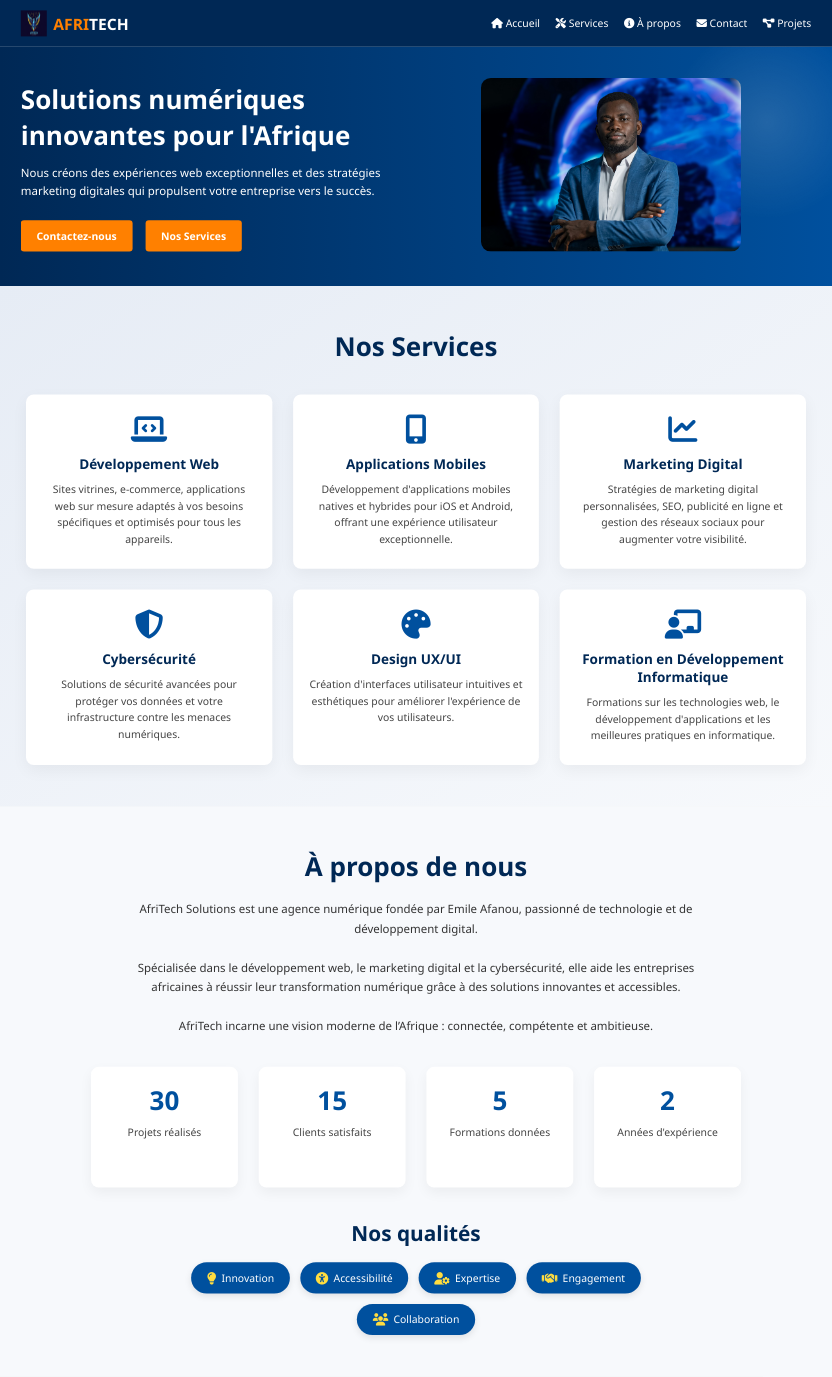
Repository: prestige225/AFRITECH
Page: index.html
These files come from the project's save history. The page is drawn as it stood at one moment and after the next save; the edit follows.
The browser window is 1280 px wide. The pictures show the whole page, at 65% of full size.

Above is the page before, as saved 2025-07-16 03:26:38.

### index.html

<!DOCTYPE html>
<html lang="en">
<head>
    <meta charset="UTF-8">
    <meta name="viewport" content="width=device-width, initial-scale=1.0">
    <!-- Font Awesome CDN -->
<link rel="stylesheet" href="https://cdnjs.cloudflare.com/ajax/libs/font-awesome/6.4.0/css/all.min.css">
    <link rel="stylesheet" href="style.css">

    <title>AFRITECH</title>
</head>
<body>
    <header>
        <div class="logo">
            <img src="image/logo.jpg" alt="AfanouTech Logo">
            <h1><span>AFRI</span>TECH</h1>
        </div>

         <!-- Bouton hamburger visible sur mobile -->
  <div class="menu-toggle" id="menu-toggle">
    <i class="fas fa-bars"></i>
  </div>


       <nav>
  <ul>
    <li><a href="index.html"><i class="fas fa-home"></i> Accueil</a></li>
    <li><a href="service.html"><i class="fas fa-tools"></i> Services</a></li>
    <li><a href="about.html"><i class="fas fa-info-circle"></i> À propos</a></li>
    <li><a href="contact.html"><i class="fas fa-envelope"></i> Contact</a></li>
    <li><a href="projet.html"><i class="fas fa-project-diagram"></i> Projets</a></li>
  </ul>
</nav>

    </header>

<!-- hero -->
 <section class="hero">
    <div class="hero-content">
        <h1>Solutions numériques innovantes pour l'Afrique</h1>

        <p>Nous créons des expériences web exceptionnelles et des stratégies marketing digitales qui propulsent votre entreprise vers le succès.</p>
        <a href="contact.html" class="btn">Contactez-nous</a>
        <a href="#" class="btn">Nos Services</a>

    </div>
    <div class="hero-image">
        <img src="image/micheal-ogungbe-jgN7b1aIuOI-unsplash.jpg" alt="Image d'accueil">
    </div>

    <div class="couleurpassante en design">

    </div>

 </section>


 <!-- SECTION SERVICES -->
  <section id="services" class="services-section">
            <h2>Nos Services</h2>
    <div class="services">

        <div class="service-item">
            <i class="fas fa-laptop-code"></i>
            <h3>Développement Web</h3>
            <p>Sites vitrines, e-commerce, applications web sur mesure adaptés à vos besoins spécifiques et optimisés pour tous les appareils.</p>
        </div>
        <div class="service-item">
            <i class="fas fa-mobile-alt"></i>
            <h3>Applications Mobiles</h3>
            <p>Développement d'applications mobiles natives et hybrides pour iOS et Android, offrant une expérience utilisateur exceptionnelle.</p>
        </div>
        <div class="service-item">
            <i class="fas fa-chart-line"></i>
            <h3>Marketing Digital</h3>
            <p>Stratégies de marketing digital personnalisées, SEO, publicité en ligne et gestion des réseaux sociaux pour augmenter votre visibilité.</p>
        </div>
        <div class="service-item">
            <i class="fas fa-shield-alt"></i>
            <h3>Cybersécurité</h3>
            <p>Solutions de sécurité avancées pour protéger vos données et votre infrastructure contre les menaces numériques.</p>
        </div>
        <div class="service-item">
            <i class="fas fa-palette"></i>
            <h3>Design UX/UI</h3>
            <p>Création d'interfaces utilisateur intuitives et esthétiques pour améliorer l'expérience de vos utilisateurs.</p>
        </div>

        <div class="service-item">
            <i class="fas fa-chalkboard-teacher"></i>
            <h3>Formation en Développement Informatique</h3>
            <p>Formations sur les technologies web, le développement d'applications et les meilleures pratiques en informatique.</p>
            </div>
    </div>
  </section>
<!-- SECTION apropos -->
<section id="about" class="about-section">
  <h2>À propos de nous</h2>
  <p>
    AfriTech Solutions est une agence numérique fondée par Emile Afanou, passionné de technologie et de développement digital.<br><br>
    Spécialisée dans le développement web, le marketing digital et la cybersécurité, elle aide les entreprises africaines à réussir leur transformation numérique grâce à des solutions innovantes et accessibles.<br><br>
    AfriTech incarne une vision moderne de l’Afrique : connectée, compétente et ambitieuse.
  </p>

  <!-- COMPTEURS -->
  <div class="counters">
    <div class="counter-box">
      <span class="counter" data-target="30">0</span>
      <p>Projets réalisés</p>
    </div>
    <div class="counter-box">
      <span class="counter" data-target="15">0</span>
      <p>Clients satisfaits</p>
    </div>
    <div class="counter-box">
      <span class="counter" data-target="5">0</span>
      <p>Formations données</p>
    </div>
    <div class="counter-box">
      <span class="counter" data-target="2">0</span>
      <p>Années d'expérience</p>
    </div>
  </div>

  <!-- NOS QUALITÉS -->
  <div class="nos-qualites">
    <h3>Nos qualités</h3>
    <ul>
      <li><i class="fas fa-lightbulb"></i> Innovation</li>
      <li><i class="fas fa-universal-access"></i> Accessibilité</li>
      <li><i class="fas fa-user-cog"></i> Expertise</li>
      <li><i class="fas fa-handshake"></i> Engagement</li>
      <li><i class="fas fa-users"></i> Collaboration</li>
    </ul>
  </div>
</section>





    <script src="index.js"></script>

    <!--  -->
</body>
</html>

### style.css

/* ========== RESET ========== */
* {
  margin: 0;
  padding: 0;
  box-sizing: border-box;
}

/* ========== GLOBAL ========== */
body {
  font-family: 'Segoe UI', sans-serif;
  background-color: #f4f4f4;
  color: #333;
}

/* ========== HEADER ========== */
header {
  background-color: #002855;
  color: white;
  padding: 1rem 2rem;
  display: flex;
  justify-content: space-between;
  align-items: center;
  flex-wrap: wrap;
  position: relative;
}

/* Logo */
.logo {
  display: flex;
  align-items: center;
  gap: 10px;
}

.logo img {
  width: 40px;
  height: 40px;
}

.logo h1 {
  font-size: 1.5rem;
  font-weight: bold;
}

.logo span {
  color: #ff8000;
}

/* Navigation */
nav ul {
  list-style: none;
  display: flex;
  gap: 1.5rem;
}

nav a {
  color: white;
  text-decoration: none;
  font-weight: 500;
  transition: 0.3s;
}

nav a:hover {
  color: #ff8000;
}

/* Hamburger button */
.menu-toggle {
  display: none;
  font-size: 1.8rem;
  color: white;
  cursor: pointer;
}

/* ========== RESPONSIVE ========== */
@media (max-width: 768px) {
  nav {
    width: 100%;
  }

  nav ul {
    flex-direction: column;
    background-color: #002855;
    position: absolute;
    top: 100%;
    left: 0;
    right: 0;
    display: none;
    padding: 1rem;
    z-index: 10;
  }

  nav ul.active {
    display: flex;
  }

  .menu-toggle {
    display: block;
  }
}
/* 🎯 SECTION HERO MODERNE */
.hero {
  display: flex;
  flex-wrap: wrap;
  align-items: center;
  justify-content: space-between;
  padding: 3rem 2rem;
  background: linear-gradient(to right, #002855, #00509e);
  color: white;
  position: relative;
  overflow: hidden;
}

/* Contenu texte */
.hero-content {
  flex: 1 1 50%;
  max-width: 600px;
  z-index: 1;
}

.hero-content h1 {
  font-size: 2.5rem;
  margin-bottom: 1rem;
}

.hero-content p {
  font-size: 1.1rem;
  margin-bottom: 2rem;
  line-height: 1.6;
}

/* Boutons */
.hero-content .btn {
  display: inline-block;
  background-color: #ff8000;
  color: white;
  padding: 0.8rem 1.5rem;
  margin-right: 1rem;
  border-radius: 5px;
  text-decoration: none;
  font-weight: bold;
  transition: background 0.3s ease;
}

.hero-content .btn:hover {
  background-color: #e67300;
}

/* Image d’accueil */
.hero-image {
  flex: 1 1 40%;
  text-align: center;
  z-index: 1;
}

.hero-image img {
  width: 100%;
  max-width: 400px;
  height: auto;
  border-radius: 15px;
}

/* Effet décoratif de fond (couleurpassante) */
.couleurpassante {
  position: absolute;
  top: -50px;
  right: -50px;
  width: 300px;
  height: 300px;
  background: radial-gradient(circle, #ffffff22, transparent 70%);
  border-radius: 50%;
  animation: flotter 10s infinite alternate;
  z-index: 0;
}

/* Animation douce */
@keyframes flotter {
  0% {
    transform: translateY(0) rotate(0deg);
  }
  100% {
    transform: translateY(20px) rotate(20deg);
  }
}

/* 📱 Responsive */
@media (max-width: 768px) {
  .hero {
    flex-direction: column;
    text-align: center;
  }

  .hero-content, .hero-image {
    flex: 1 1 100%;
    max-width: 100%;
  }

  .hero-content h1 {
    font-size: 2rem;
  }

  .hero-content p {
    font-size: 1rem;
  }

  .hero-content .btn {
    margin-bottom: 1rem;
  }
}


/* ========== SECTION SERVICES ========== */
.services-section {
  padding: 4rem 2rem;
  background: linear-gradient(to bottom right, #e6ecf5, #f7f9fc);
  text-align: center;
}

.services-section h2 {
  font-size: 2.5rem;
  margin-bottom: 3rem;
  color: #002855;
  font-weight: 700;
}

/* Container de toutes les cartes */
.services {
  display: grid;
  grid-template-columns: repeat(auto-fit, minmax(280px, 1fr));
  gap: 2rem;
  max-width: 1200px;
  margin: 0 auto;
}

/* Style individuel des services */
.service-item {
  background-color: #ffffff;
  border-radius: 12px;
  padding: 2rem 1.5rem;
  box-shadow: 0 8px 25px rgba(0, 0, 0, 0.05);
  transition: transform 0.3s ease, box-shadow 0.3s ease;
}

.service-item:hover {
  transform: translateY(-8px);
  box-shadow: 0 12px 30px rgba(0, 0, 0, 0.1);
}

/* Icône */
.service-item i {
  font-size: 2.8rem;
  color: #00509e;
  margin-bottom: 1rem;
}

/* Titre */
.service-item h3 {
  font-size: 1.3rem;
  margin-bottom: 0.8rem;
  color: #002855;
  font-weight: 600;
}

/* Paragraphe */
.service-item p {
  font-size: 1rem;
  line-height: 1.6;
  color: #444;
}


/* ===== SECTION À PROPOS ===== */
.about-section {
  padding: 4rem 2rem;
  text-align: center;
  background: #f7f9fc;
}

.about-section h2 {
  font-size: 2.5rem;
  color: #002855;
  margin-bottom: 1.5rem;
}

.about-section p {
  max-width: 900px;
  margin: 0 auto 3rem;
  font-size: 1.1rem;
  line-height: 1.8;
  color: #333;
}

/* ===== SECTION À PROPOS ===== */
.about-section {
  padding: 4rem 2rem;
  text-align: center;
  background: #f7f9fc;
  font-family: 'Segoe UI', Tahoma, Geneva, Verdana, sans-serif;
}

.about-section h2 {
  font-size: 2.5rem;
  color: #002855;
  margin-bottom: 1.5rem;
  font-weight: 700;
}

.about-section p {
  max-width: 900px;
  margin: 0 auto 3rem;
  font-size: 1.1rem;
  line-height: 1.7;
  color: #333;
}

.about-section {
  padding: 4rem 2rem;
  text-align: center;
  background: #f7f9fc;
  font-family: 'Segoe UI', Tahoma, Geneva, Verdana, sans-serif;
}

.about-section h2 {
  font-size: 2.5rem;
  color: #002855;
  margin-bottom: 1.5rem;
  font-weight: 700;
}

.about-section p {
  max-width: 900px;
  margin: 0 auto 3rem;
  font-size: 1.1rem;
  line-height: 1.7;
  color: #333;
}

/* Compteurs */
.counters {
  display: grid;
  grid-template-columns: repeat(auto-fit, minmax(160px, 1fr));
  gap: 2rem;
  max-width: 1000px;
  margin: 0 auto 3rem;
}

.counter-box {
  background: #fff;
  border-radius: 12px;
  padding: 1.5rem;
  box-shadow: 0 8px 20px rgba(0, 0, 0, 0.05);
  transition: transform 0.3s ease;
}

.counter-box:hover {
  transform: translateY(-5px);
}

.counter {
  font-size: 2.5rem;
  font-weight: 700;
  color: #00509e;
  display: block;
}

.counter-box p {
  margin-top: 0.5rem;
  font-size: 1rem;
  color: #444;
}

/* Nos qualités */
.nos-qualites {
  margin-top: 3rem;
  max-width: 800px;
  margin-left: auto;
  margin-right: auto;
  text-align: center;
}

.nos-qualites h3 {
  font-size: 2rem;
  color: #002855;
  margin-bottom: 1.5rem;
  font-weight: 700;
}

.nos-qualites ul {
  list-style: none;
  padding: 0;
  display: flex;
  flex-wrap: wrap;
  justify-content: center;
  gap: 1rem;
}

.nos-qualites li {
  background-color: #00509e;
  color: #fff;
  padding: 0.8rem 1.5rem;
  border-radius: 25px;
  font-size: 1rem;
  font-weight: 500;
  box-shadow: 0 4px 12px rgba(0, 0, 0, 0.1);
  display: flex;
  align-items: center;
  gap: 0.5rem;
  transition: background 0.3s ease;
}

.nos-qualites li:hover {
  background-color: #003f7f;
}

.nos-qualites li i {
  color: #ffdd40;
  font-size: 1.2rem;
}

/* Responsive */
@media (max-width: 768px) {
  .about-section h2 {
    font-size: 2rem;
  }

  .about-section p {
    font-size: 1rem;
    padding: 0 1rem;
  }

  .counter {
    font-size: 2rem;
  }

  .counter-box p {
    font-size: 0.95rem;
  }

  .nos-qualites li {
    font-size: 0.95rem;
    padding: 0.7rem 1.2rem;
  }
}

@media (max-width: 480px) {
  .counters {
    grid-template-columns: 1fr;
  }

  .nos-qualites ul {
    flex-direction: column;
    gap: 1rem;
  }

  .nos-qualites li {
    justify-content: center;
  }
}

### index.js

// script.js

// Récupération des éléments
const toggleBtn = document.getElementById("menu-toggle");
const navMenu = document.querySelector("nav ul");

// Écoute du clic sur le bouton menu
toggleBtn.addEventListener("click", () => {
  navMenu.classList.toggle("active");
});


const counters = document.querySelectorAll('.counter');

  counters.forEach(counter => {
    const updateCount = () => {
      const target = +counter.getAttribute('data-target');
      const count = +counter.innerText;
      const speed = 100; // Plus petit = plus rapide

      const increment = Math.ceil(target / speed);

      if (count < target) {
        counter.innerText = count + increment;
        setTimeout(updateCount, 30);
      } else {
        counter.innerText = target;
      }
    };

    updateCount();
  });

After the next save:
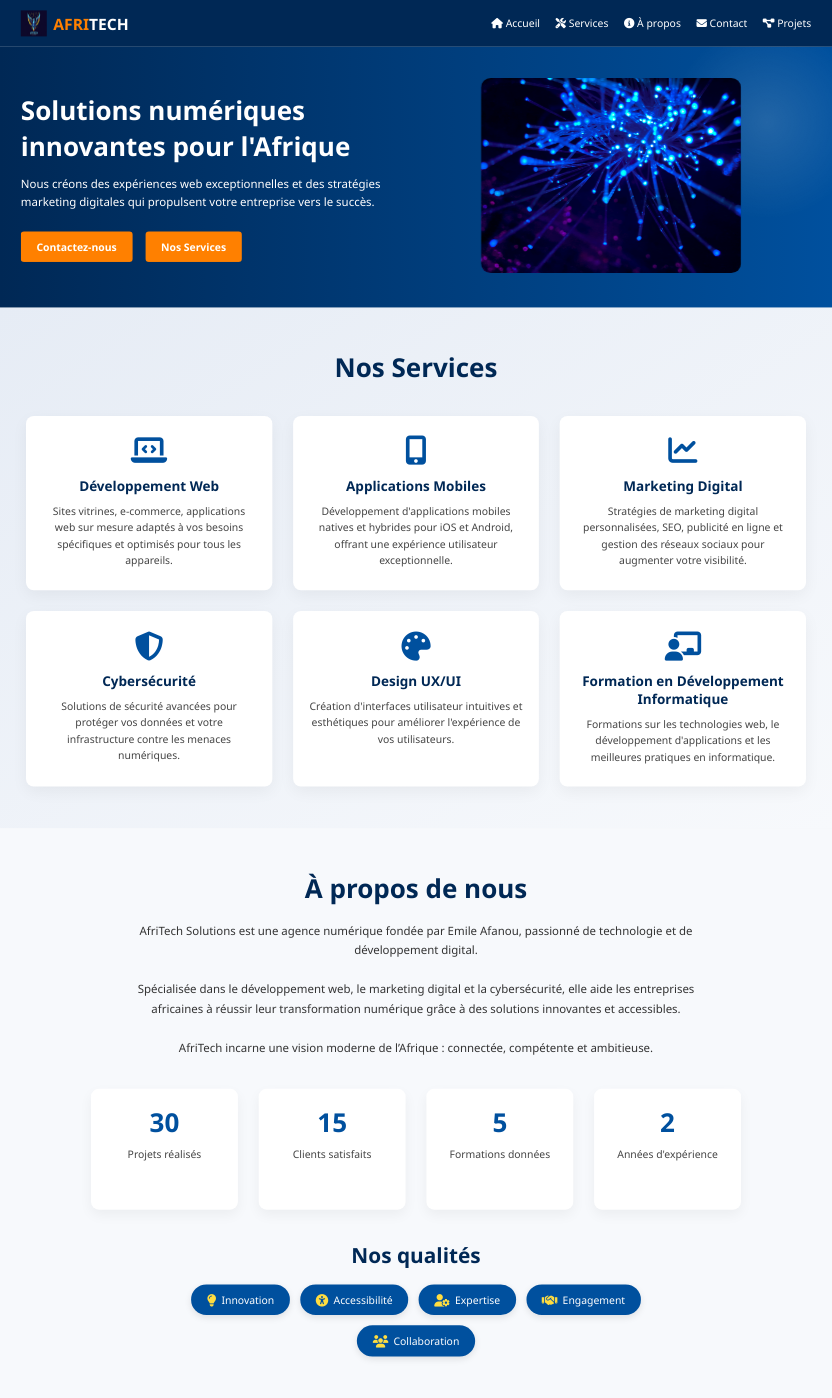
Saved 2 min 13 s later.
--- a/index.html
+++ b/index.html
@@ -46,7 +46,7 @@
 
     </div>
     <div class="hero-image">
-        <img src="image/micheal-ogungbe-jgN7b1aIuOI-unsplash.jpg" alt="Image d'accueil">
+        <img src="image/emile.jpg" alt="Image d'accueil">
     </div>
 
     <div class="couleurpassante en design">
